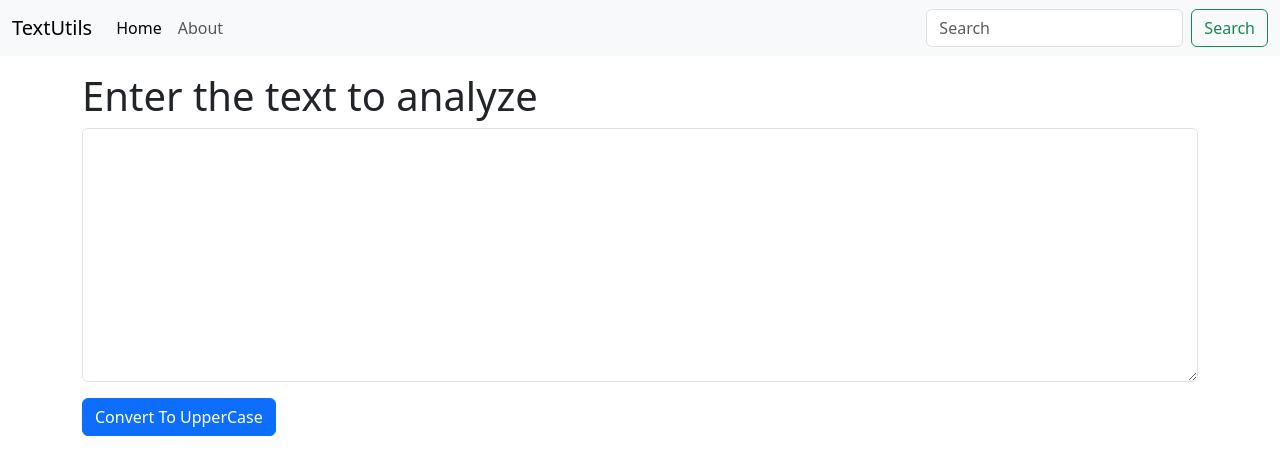
Repository: Rohit-foryou/Text-Utils
Page: /
An editor plug-in stored every save of this project. The page is shown before and after the next save, followed by the edit.
The browser window is 1280 px wide. The pictures show the whole page.
The project was rebuilt for these pictures with package versions that can differ from the ones it lists, and the page was loaded fresh each time. Also part of the build but not shown: src/index.css, src/App.css.

Above is the page before, as saved 2023-12-20 20:52:53.

### public/index.html
<!DOCTYPE html>
<html lang="en">
  <head>
    <meta charset="utf-8" />
    <link rel="icon" href="%PUBLIC_URL%/favicon.ico" />
    <meta name="viewport" content="width=device-width, initial-scale=1" />
    <meta name="theme-color" content="#000000" />
    <meta
      name="description"
      content="Web site created using create-react-app"
    />
    <link rel="apple-touch-icon" href="%PUBLIC_URL%/logo192.png" />
    <link rel="manifest" href="%PUBLIC_URL%/manifest.json" />

    <!-- Bootstrap CSS -->
    <link href="https://cdn.jsdelivr.net/npm/bootstrap@5.3.2/dist/css/bootstrap.min.css" rel="stylesheet" integrity="sha384-T3c6CoIi6uLrA9TneNEoa7RxnatzjcDSCmG1MXxSR1GAsXEV/Dwwykc2MPK8M2HN" crossorigin="anonymous">

    <title>React App</title>
  </head>
  <body>
    <noscript>You need to enable JavaScript to run this app.</noscript>
    <div id="root"></div>

    <script src="https://cdn.jsdelivr.net/npm/bootstrap@5.3.2/dist/js/bootstrap.bundle.min.js" integrity="sha384-C6RzsynM9kWDrMNeT87bh95OGNyZPhcTNXj1NW7RuBCsyN/o0jlpcV8Qyq46cDfL" crossorigin="anonymous"></script>
  </body>
</html>

### src/App.js
import "./App.css";
import Navbar from "./components/Navbar";
import TextForm from "./components/TextForm";


function App() {
  return (
    <>
      <Navbar title = "TextUtils" aboutText = "About"/>
      <div className="container my-3">
      <TextForm heading = "Enter the text to analyze"/>
      </div>
    </>
  );
}

export default App;

### src/components/Navbar.js
import React from 'react'
import PropTypes from 'prop-types'


export default function Navbar(props) {
  return (
    <nav className="navbar navbar-expand-lg bg-body-tertiary">
        <div className="container-fluid">
          <a className="navbar-brand" href="/">{props.title}</a>
          <button className="navbar-toggler" type="button" data-bs-toggle="collapse" data-bs-target="#navbarSupportedContent" aria-controls="navbarSupportedContent" aria-expanded="false" aria-label="Toggle navigation">
            <span className="navbar-toggler-icon"></span>
          </button>
          <div className="collapse navbar-collapse" id="navbarSupportedContent">
            <ul className="navbar-nav me-auto mb-2 mb-lg-0">
              <li className="nav-item">
                <a className="nav-link active" aria-current="page" href="/">Home</a>
              </li>
              <li className="nav-item">
                <a className="nav-link" href="/">{props.aboutText}</a>
              </li>
            </ul>
            <form className="d-flex" role="search">
              <input className="form-control me-2" type="search" placeholder="Search" aria-label="Search"/>
              <button className="btn btn-outline-success" type="submit">Search</button>
            </form>
          </div>
        </div>
      </nav>
  )
}

Navbar.propTypes = {title: PropTypes.string.isRequired,
                     AboutText: PropTypes.string}

// Navbar.defaultProps = {
//     title: 'write title',
//     aboutText: 'About',
// }

### src/components/TextForm.js
import React, {useState} from 'react'


export default function TextForm(props) {
  const [text, setText] = useState('Enter your text');
  return (
    <div>
        <h1>{props.heading}</h1>
        <div className="mb-3">
        <textarea className="form-control" id="myBox" rows="10"></textarea>
        </div>
        <button className="btn btn-primary">Convert To UpperCase</button>
    </div>
  )
}

Loaded but not shown: src/index.js (common file); src/reportWebVitals.js (common file)

After the next save:
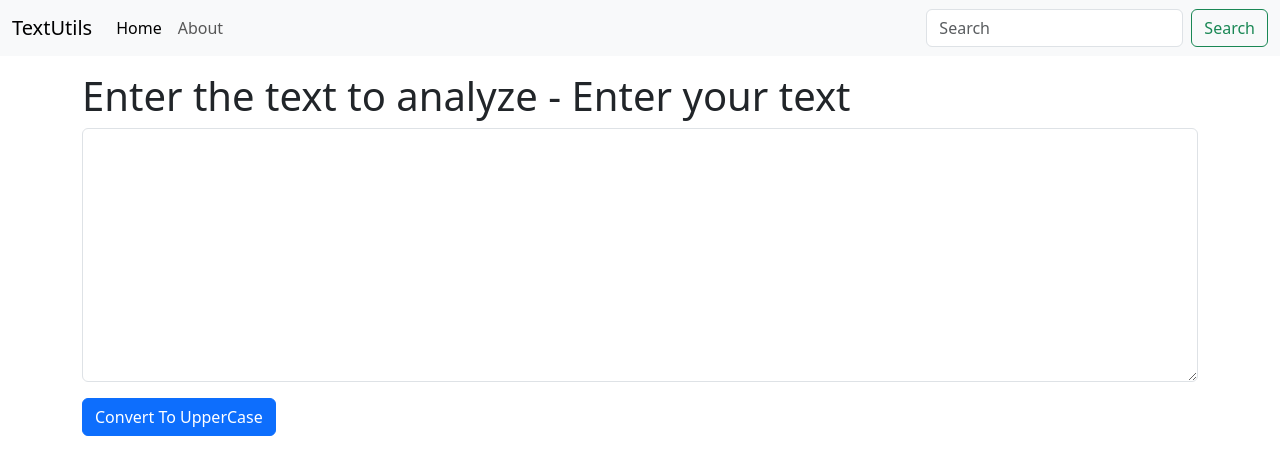
Saved 56 s later.
--- a/src/components/TextForm.js
+++ b/src/components/TextForm.js
@@ -5,7 +5,7 @@ export default function TextForm(props) {
   const [text, setText] = useState('Enter your text');
   return (
     <div>
-        <h1>{props.heading}</h1>
+        <h1>{props.heading} - {text}</h1>
         <div className="mb-3">
         <textarea className="form-control" id="myBox" rows="10"></textarea>
         </div>
